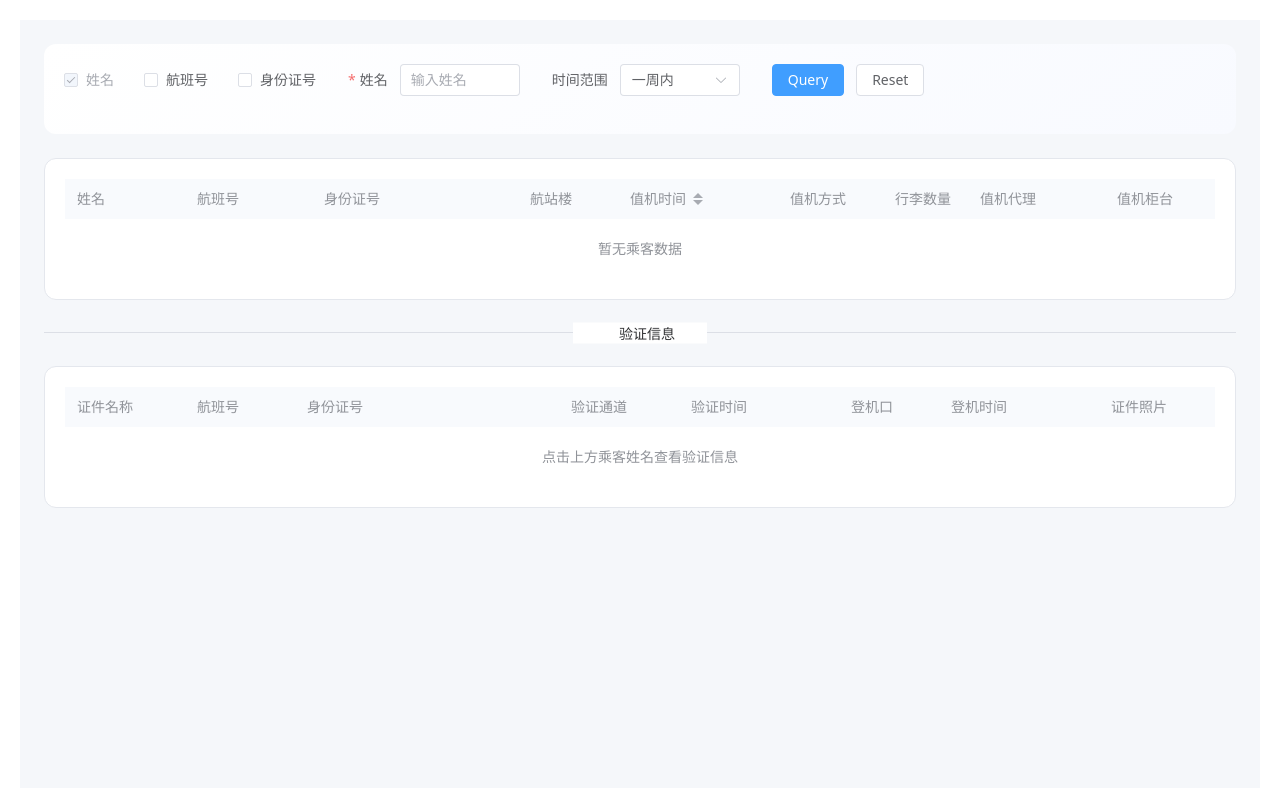
Repository: jhonMacTavish/through-baggage-info-check
Page: / (app in web/)
These files come from the project's save history. The page is drawn as it stood at one moment and after the next save; the edit follows.
The browser window is 1280 px wide. The pictures show the whole page.
The project was rebuilt for these pictures with package versions that can differ from the ones it lists, and the page was loaded fresh each time. Also part of the build but not shown: web/vite.config.js.

Above is the page before, as saved 2025-03-27 14:09:15.

After the next save:
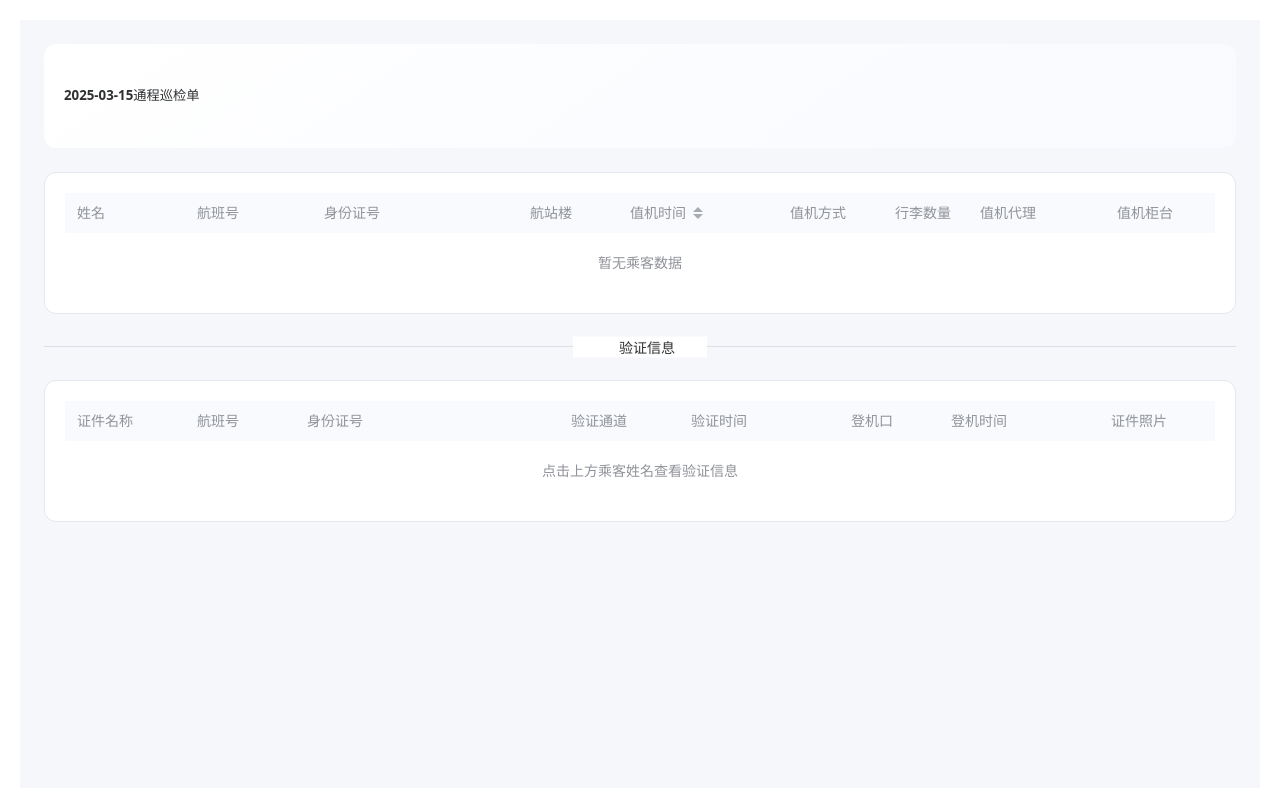
Saved 21 min 59 s later.
--- a/web/src/App.vue
+++ b/web/src/App.vue
@@ -2,7 +2,7 @@
  * @Author: john_mactavish 981192661@qq.com
  * @Date: 2025-03-12 09:20:58
  * @LastEditors: john_mactavish 981192661@qq.com
- * @LastEditTime: 2025-03-18 09:52:57
+ * @LastEditTime: 2025-03-27 14:31:14
  * @FilePath: \passengerInfoSearch\web\src\App.vue
 -->
 <script setup>
@@ -14,60 +14,31 @@ import { dayjs } from 'element-plus'
 
 const passengerData = ref([])
 const verifyData = ref([])
+const tableData = ref([])
 const loading = ref(false)
-const photoPreviewVisible = ref(false)
-
-// 防抖处理查询
-const queryPassenger = async (params) => {
+const date = dayjs().format('YYYY-MM-DD')
+
+const getData = async () => {
   try {
-    loading.value = true
-    const { data } = await axios.get("/api/queryPassenger", { params })
-    console.log(data);
+    const { data } = await axios.get("/api/queryThroughBaggageInfo", {
+      params: {}
+    })
 
     if (data.data.length == 0) {
-      ElMessage.warning(`该旅客没有值机信息`)
+      ElMessage.warning(`没有通程行李信息`)
     } else {
-      passengerData.value = data.data.map(item => ({
-        ...item,
-        CHECKIN_TIME: dayjs(item.CHECKIN_TIME).format('YYYY-MM-DD HH:mm:ss')
-      }))
-    }
-  } catch (error) {
-    ElMessage.error(`查询失败: ${error.message}`)
-  } finally {
-    loading.value = false
-  }
-}
-
-const queryVerify = async (row) => {
-  try {
-    const time = dayjs().diff(row.FLIGHT_DATE, 'day')
-    const { data } = await axios.get("/api/queryVerify", {
-      params: {
-        PASSENGER_ID: row.ID,
-        time
-      }
-    })
-
-    if (data.data.length == 0) {
-      ElMessage.warning(`该旅客没有过检信息`)
-    } else {
-      verifyData.value = data.data.map(item => ({
-        ...item,
-        VERIFY_TIME: dayjs(item.VERIFY_TIME).format('YYYY-MM-DD HH:mm:ss'),
-        BOARD_TIME: dayjs(item.BOARD_TIME).format('YYYY-MM-DD HH:mm:ss')
-      }))
+      // verifyData.value = data.data.map(item => ({
+      //   ...item,
+      //   VERIFY_TIME: dayjs(item.VERIFY_TIME).format('YYYY-MM-DD HH:mm:ss'),
+      //   BOARD_TIME: dayjs(item.BOARD_TIME).format('YYYY-MM-DD HH:mm:ss')
+      // }))
     }
   } catch (error) {
     console.log(error);
-    ElMessage.error(`验证信息获取失败: ${error.message}`)
-  }
-}
-
-const reset = () => {
-  passengerData.value = []
-  verifyData.value = []
-}
+    ElMessage.error(`通程行李信息获取失败: ${error.message}`)
+  }
+}
+
 </script>
 
 <template>
@@ -76,7 +47,8 @@ const reset = () => {
       <!-- 头部区域 -->
       <el-header class="header-wrapper">
         <el-card shadow="hover" class="header-card">
-          <Header @emitSearch="queryPassenger" @emitReset="reset" />
+          <!-- <Header @emitSearch="queryPassenger" @emitReset="reset" /> -->
+          <h5>{{ date }}通程巡检单</h5>
         </el-card>
       </el-header>
 
@@ -85,7 +57,8 @@ const reset = () => {
         <!-- 乘客信息卡片 -->
         <el-card shadow="hover" class="table-card">
           <el-skeleton :loading="loading" :rows="6" animated>
-            <el-table :data="passengerData" stripe highlight-current-row @row-click="queryVerify" empty-text="暂无乘客数据">
+            <el-table id="educe-table" :data="passengerData" stripe highlight-current-row @row-click="queryVerify"
+              empty-text="暂无乘客数据">
               <el-table-column label="姓名" width="120">
                 <template #default="scope">
                   <el-button link type="primary" class="name-btn" @click.stop="queryVerify(scope.row)">
